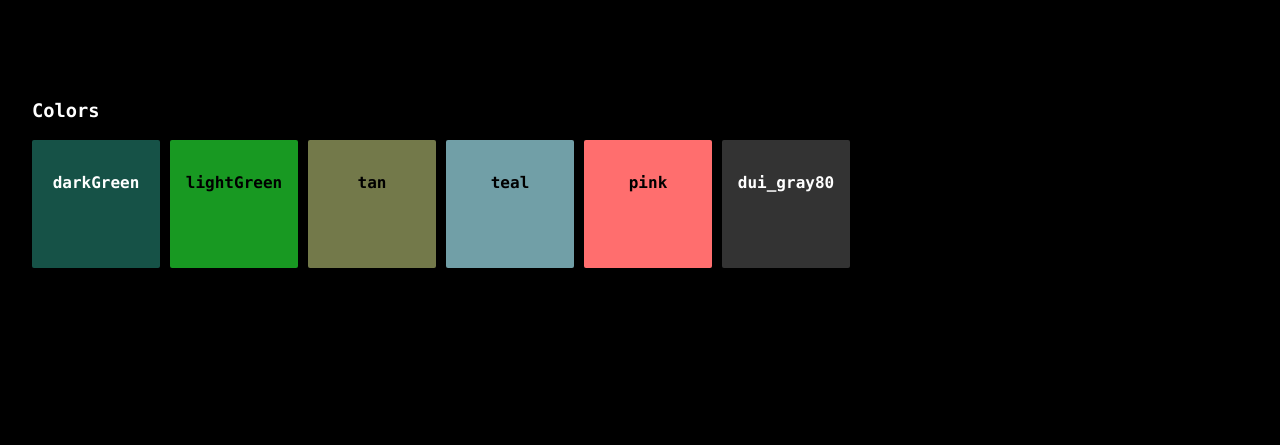
Repository: kttalley/designing-with-data_react-class
Page: / (app in lesson6_design-system-component-extension/)
These files come from the project's save history. The page is drawn as it stood at one moment and after the next save; the edit follows.
The browser window is 1280 px wide. The pictures show the whole page.
The project was rebuilt for these pictures with package versions that can differ from the ones it lists, and the page was loaded fresh each time. Imported but missing from the stored project, and not drawn on this page: lesson6_design-system-component-extension/src/Rhubarb/Input.

Above is the page before, as saved 2023-08-30 14:35:12.

After the next save:
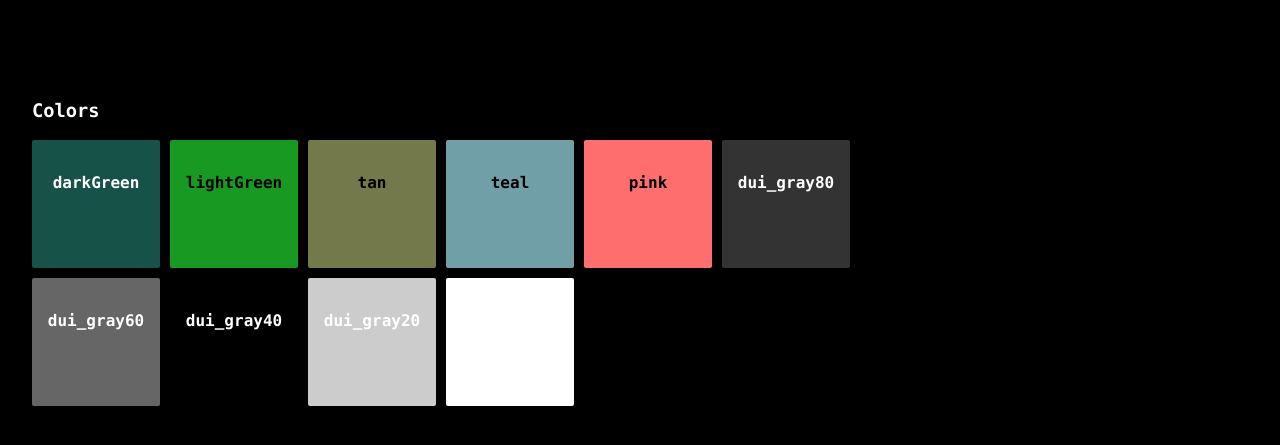
Saved 64 s later.
--- a/lesson6_design-system-component-extension/src/App.js
+++ b/lesson6_design-system-component-extension/src/App.js
@@ -18,6 +18,10 @@ class App extends Component {
           <DocsColorBox color="teal">teal</DocsColorBox>
           <DocsColorBox color="pink">pink</DocsColorBox>
           <DocsColorBox color="dui_gray80">dui_gray80</DocsColorBox>
+          <DocsColorBox color="dui_gray60">dui_gray60</DocsColorBox>
+          <DocsColorBox color="dui_gray40">dui_gray40</DocsColorBox>
+          <DocsColorBox color="dui_gray20">dui_gray20</DocsColorBox>
+          <DocsColorBox color="white">white</DocsColorBox>
 
 
         </DocsSection>
